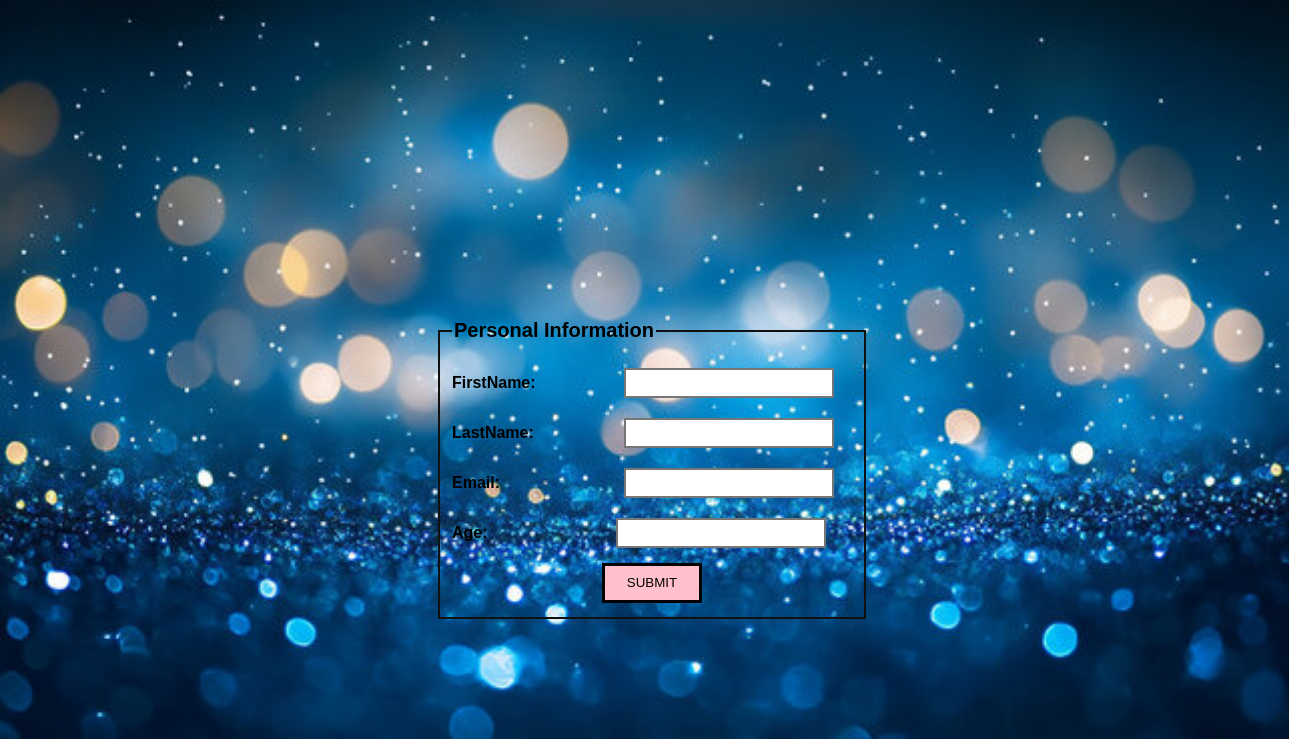
Repository: Femi007-gh/Legend
Page: index.html
These files come from the project's save history. The page is drawn as it stood at one moment and after the next save; the edit follows.
The browser window is 1280 px wide. The page is 1289 px wide, so the pictures cover 1289 px, including what lies to the right of the window. The pictures show the whole page.

Above is the page before, as saved 2025-04-04 18:45:42.

After the next save:
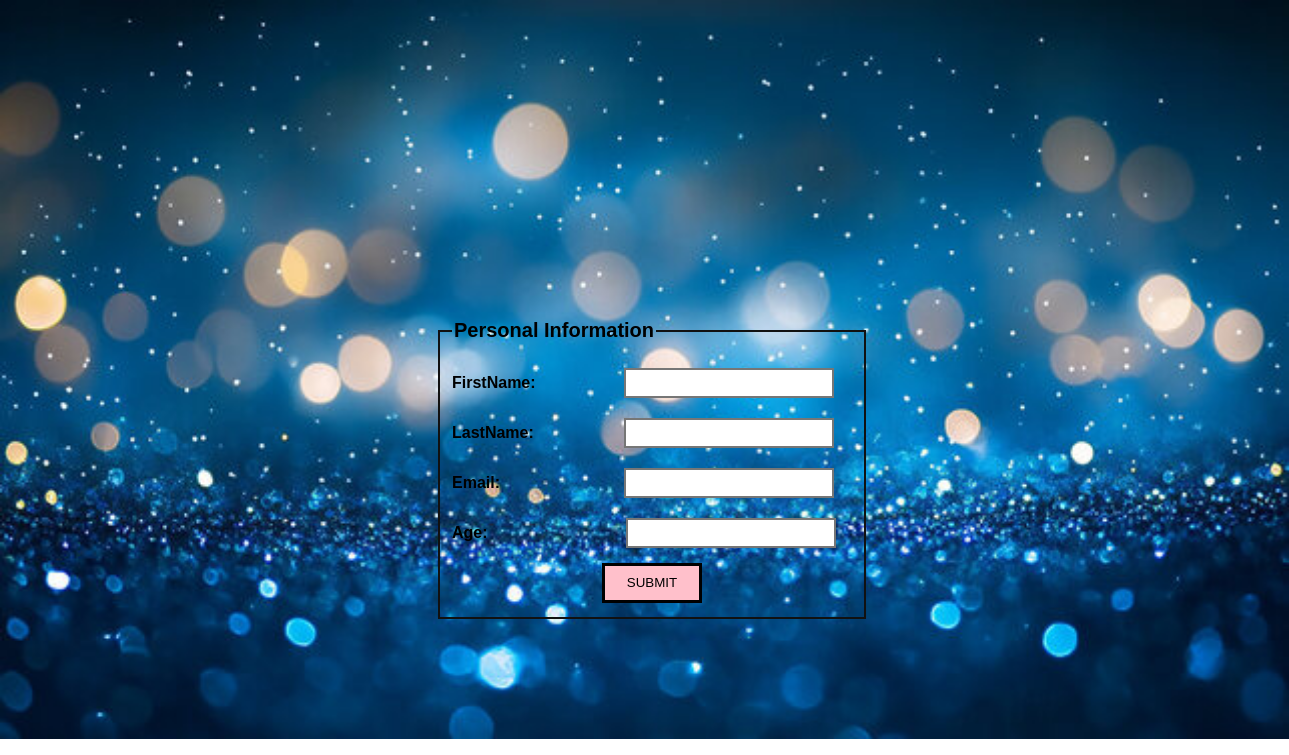
Saved 35 s later.
--- a/style.css
+++ b/style.css
@@ -42,7 +42,7 @@ body {
 
 .age {
   margin-top: 20px;
-  margin-left: 124px;
+  margin-left: 134px;
   border-style: solid;
   height: 30px;
   width: 210px;
